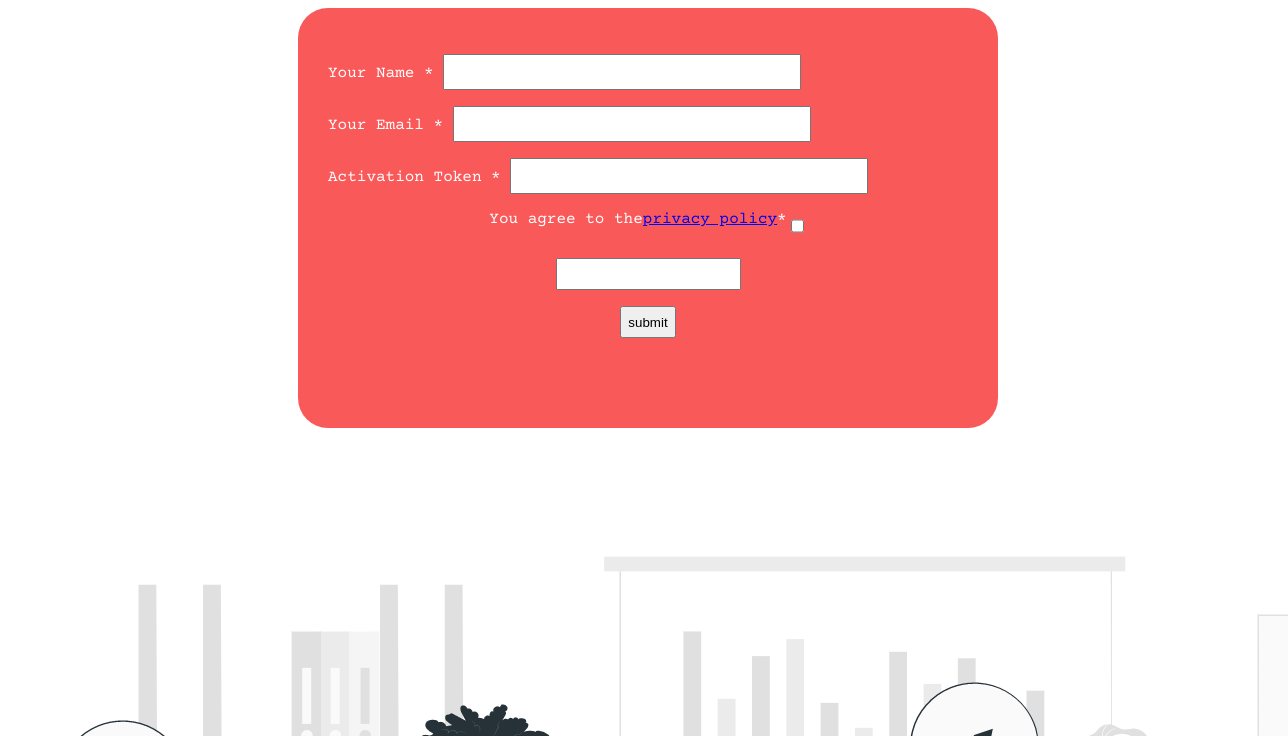
Repository: Rachael4life/Assignment-1
Page: starter-code/src/index.html
The author's editor kept a copy of each file at every save. The page is drawn from the files as they stood at one save, then again after a run of saves.
The browser window is 1280 px wide. The page is 1288 px wide, so the pictures cover 1288 px, including what lies to the right of the window. The pictures show the whole page.

Above is the page before, as saved 2022-02-25 15:41:14.

After the next 2 saves:
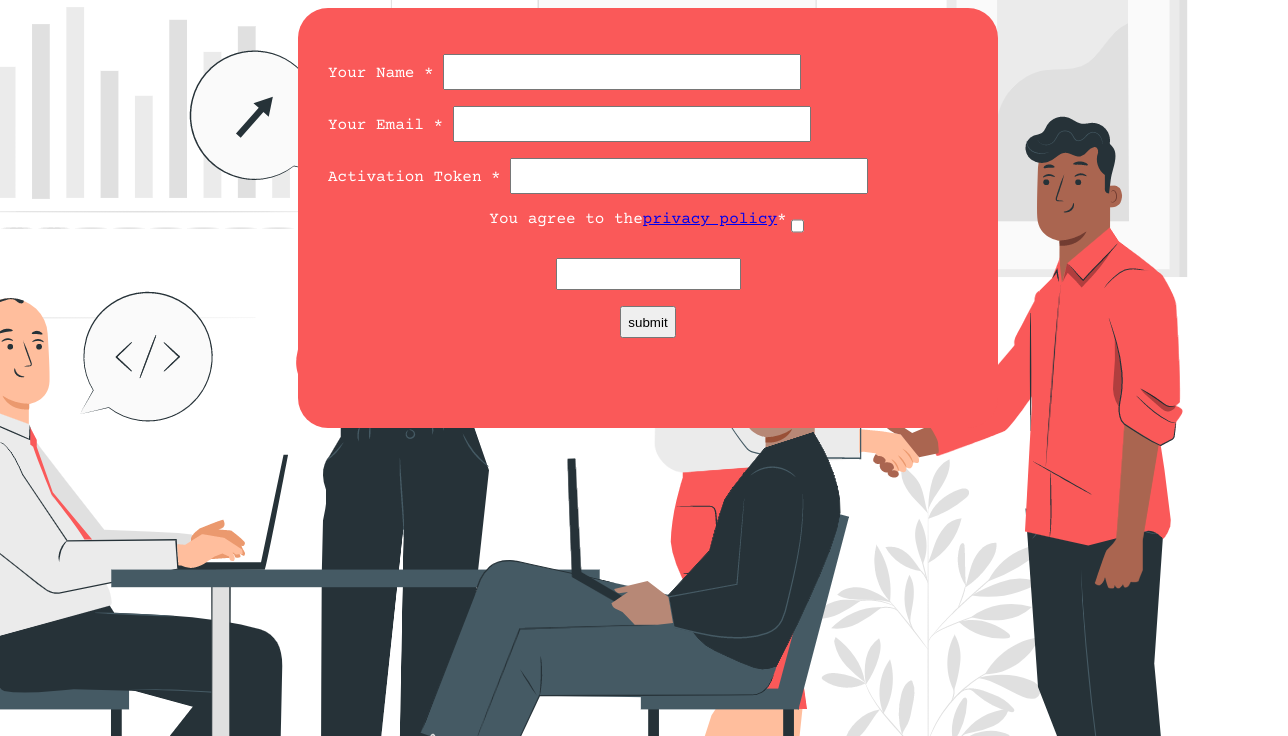
The 2 saves are shown as one change because they came seconds apart.
The last was saved 8 s later.
--- a/starter-code/src/style.css
+++ b/starter-code/src/style.css
@@ -4,7 +4,7 @@ body {
     width: 100vw;
     height: 100vh;
     background-image: url("img.png");
-    background-position: ;
+    background-position: 100%;
 }
 form {
     background-color: #fa5959;
